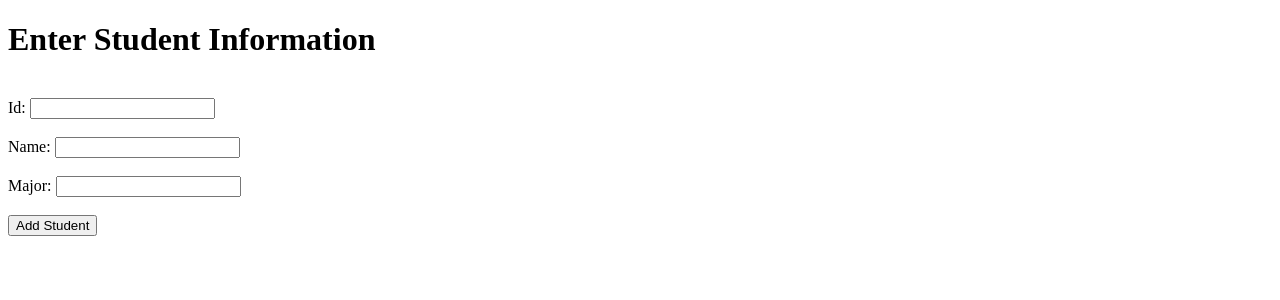
Repository: RevatureSteve/Java
Page: Week_4_JavaScript/JavaScriptClassExamples/WebContent/form.html
The author's editor kept a copy of each file at every save. The page is drawn from the files as they stood at one save, then again after the next save.
The browser window is 1280 px wide. The pictures show the whole page.

Above is the page before, as saved 2016-09-07 18:56:15.

### Week_4_JavaScript/JavaScriptClassExamples/WebContent/form.html
<!DOCTYPE html>
<html>
<head>
<meta charset="ISO-8859-1">
<title>Add Students</title>
</head>
<body>
<h1> Enter Student Information</h1><br />
Id: <input type="text" id="t_id" /><br /> <br />

Name: <input type="text" id="t_name" /> <br /> <br />

Major: <input type="text" id="t_major" /><br /> <br />

<button id="add">Add Student</button>

<table id="students">

</table>


</body>
</html>

After the next save:
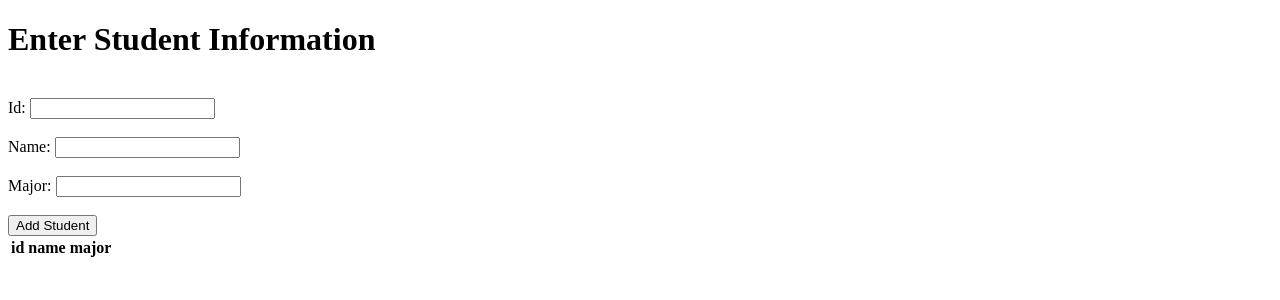
Saved 32 s later.
--- a/Week_4_JavaScript/JavaScriptClassExamples/WebContent/form.html
+++ b/Week_4_JavaScript/JavaScriptClassExamples/WebContent/form.html
@@ -15,7 +15,11 @@ Major: <input type="text" id="t_major" /><br /> <br />
 <button id="add">Add Student</button>
 
 <table id="students">
-
+	<tr>
+		<th>id</th>
+		<th>name</th>
+		<th>major</th>
+	</tr>
 </table>
 
 
